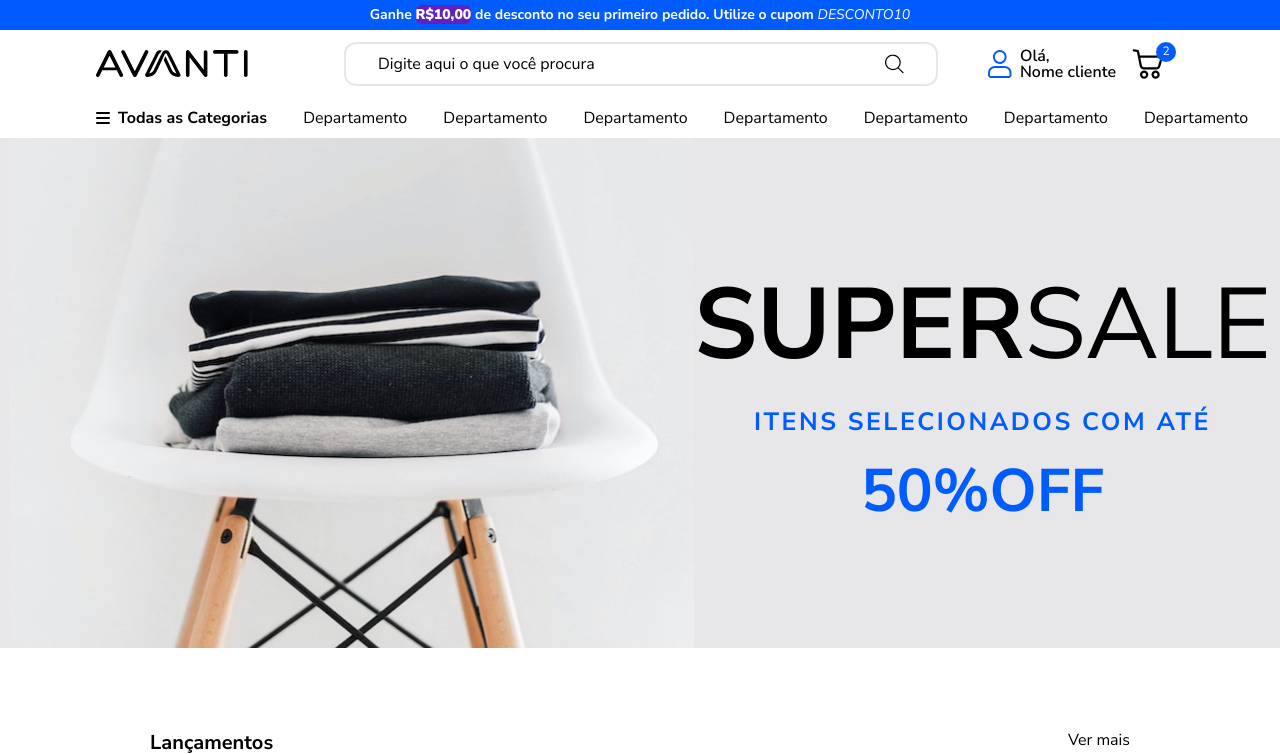
Repository: chidekina/avanti-01
Page: index.html
An editor plug-in stored every save of this project. The page is shown before and after the next save, followed by the edit.
The browser window is 1280 px wide. The pictures show the part of the page from y = 0 to 754 px (the page is 4080 px tall before and 4124 px after).
A picture or video elsewhere on the page could not be fetched, so the positions and the page height are approximate.

Above is the page before, as saved 2025-04-15 14:38:41.

After the next save:
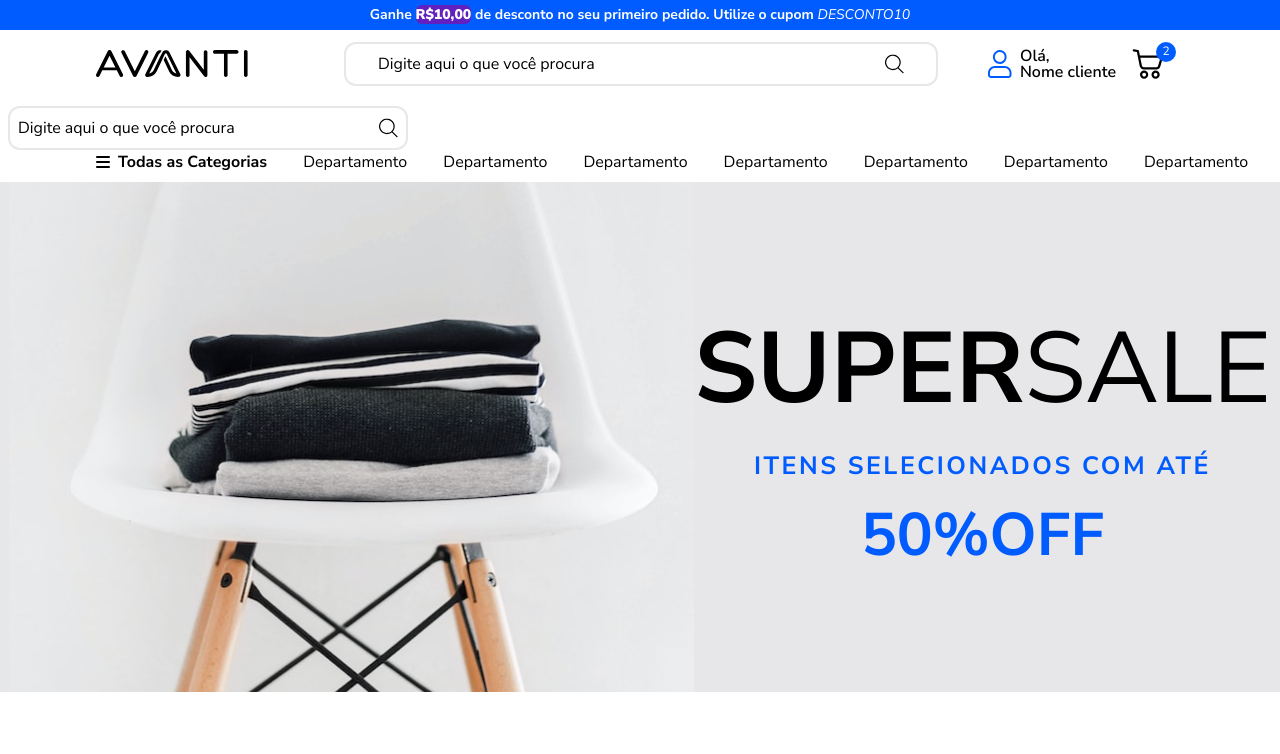
Saved 4 s later.
--- a/index.html
+++ b/index.html
@@ -44,7 +44,7 @@
           </div>
         </div>
       </div>
-      <div class="hidden max-md">
+      <div class="hidden max-md:block>
         <div class="flex justify-between my-4 mx-2">
           <img src="./assets/menu-hamburger.svg" alt="menu hamburguer" class="w-8">
           <img src="./assets/logo.svg" alt="logo da Avanti">
